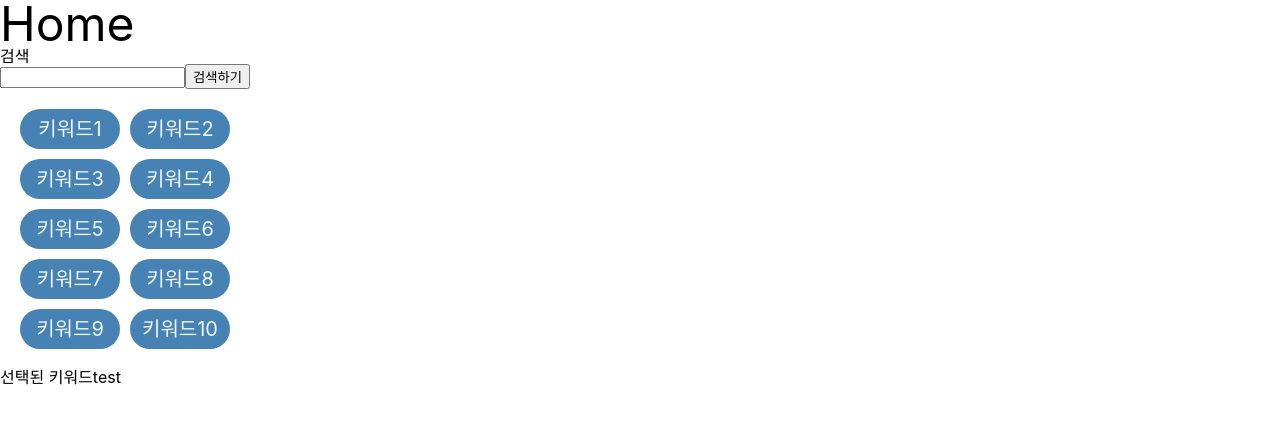
Repository: sunoo-lee/Star-Explore
Page: /
These files come from the project's save history. The page is drawn as it stood at one moment and after the next save; the edit follows.
The browser window is 1280 px wide. The pictures show the whole page.
The project was rebuilt for these pictures with package versions that can differ from the ones it lists, and the page was loaded fresh each time.

Above is the page before, as saved 2022-10-14 03:42:50.

After the next save:
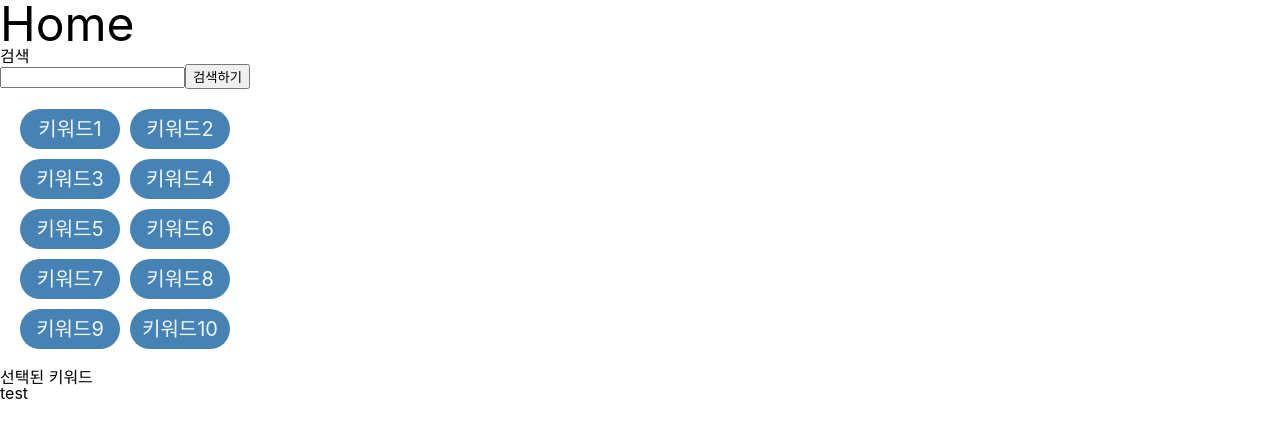
Saved 8 s later.
--- a/src/routes/Home.js
+++ b/src/routes/Home.js
@@ -72,7 +72,7 @@ const Home = () => {
             </li>
           </ul>
         </div>
-        <span>선택된 키워드</span>
+        <h2>선택된 키워드</h2>
         {select}
       </div>
     </div>
